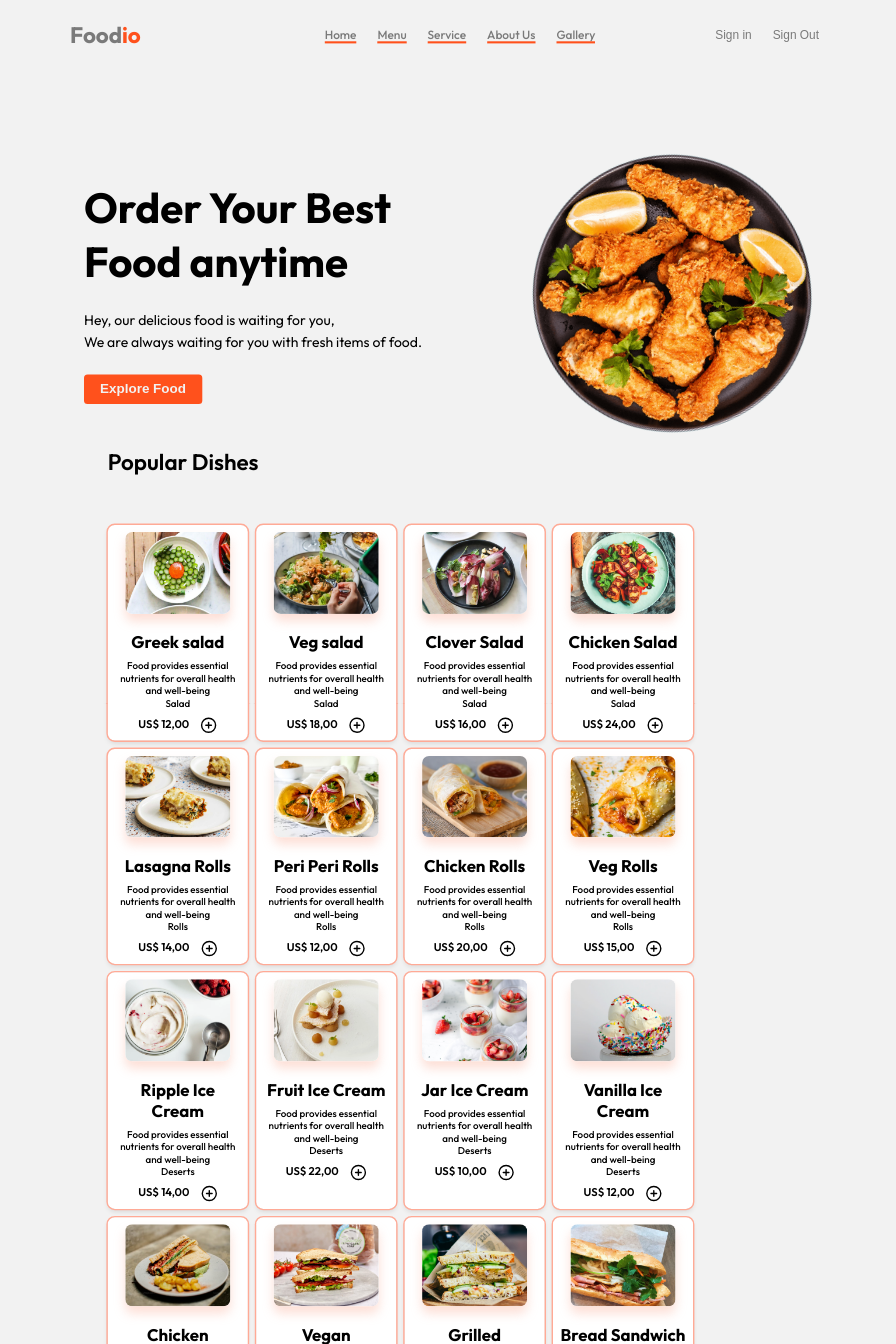
Repository: guilhermecardoso93/foodio
Page: /
These files come from the project's save history. The page is drawn as it stood at one moment and after the next save; the edit follows.
The browser window is 1280 px wide. The pictures show the part of the page from y = 0 to 1920 px (the page is 3465 px tall before and 3385 px after), at 70% of full size.
The project was rebuilt for these pictures with package versions that can differ from the ones it lists, and the page was loaded fresh each time. Also part of the build but not shown: vite.config.js, src/index.css.

Above is the page before, as saved 2024-11-05 20:26:02.

### index.html
<!doctype html>
<html lang="en">

<head>
    <meta charset="UTF-8" />
    <link rel="icon" type="image/svg+xml" href="/" />
    <link rel="preconnect" href="https://fonts.googleapis.com">
    <link rel="preconnect" href="https://fonts.gstatic.com" crossorigin>
    <link href="https://fonts.googleapis.com/css2?family=Inter:ital,opsz,wght@0,14..32,100..900;1,14..32,100..900&family=Outfit:wght@100..900&display=swap" rel="stylesheet">
    <meta name="viewport" content="width=device-width, initial-scale=1.0" />
    <title>Foodio</title>
</head>

<body>
    <div id="root"></div>
    <script type="module" src="/src/main.jsx"></script>
</body>

</html>

### src/main.jsx
import { StrictMode } from "react";
import { createRoot } from "react-dom/client";
import { App } from "./App.jsx";

import "./index.css";
createRoot(document.getElementById("root")).render(
  <StrictMode>
    <App />
  </StrictMode>
);

### src/App.jsx
import "./App.css";
import { Main } from "./components/Main";
import { Menu } from "./components/Menu";

export function App() {
  return (
    <>
      <Menu />
      <Main />
    </>
  );
}

### src/App.css
*, ::after, ::before {
  margin: 0;
  padding: 0;
  box-sizing: border-box;
}

body {
  margin: 0 100px;
  background-color: #f2f2f2;
  font-family: "Outfit", serif;
}

### src/components/Main/index.jsx
import imagem1 from "../../assets/images/image1.png";
import imagem5 from "../../assets/images/image5.png";
import { food_list } from "../../assets/assets";
import { CardItem } from "../CardItem";

import "./styles.css";

export function Main() {
  return (
    <main>
      <section className="grid">
        <div className="content">
          <div className="content-left">
            <div className="info">
              <h2>
                Order Your Best
                <br />
                Food anytime
              </h2>
              <p>
                Hey, our delicious food is waiting for you, <br /> We are always
                waiting for you with fresh items of food.
              </p>
            </div>
            <button>Explore Food</button>
          </div>
          <div className="content-right">
            <img src={imagem1} alt="" />
            <img src={imagem5} alt="" />
            <img src={imagem1} alt="" />{" "}
          </div>
        </div>
      </section>
      <section className="category">
        <div className="list-items">
          <h3>Popular Dishes</h3>
          <div className="card-list">
            {food_list.map((item, index) => {
              return (
                <CardItem
                  image={item.image}
                  name={item.name}
                  price={item.price}
                  description={item.description}
                  category={item.category}
                  key={index}
                />
              );
            })}
          </div>
        </div>
      </section>
    </main>
  );
}

### src/components/Menu/index.jsx
import "./styles.css";

export function Menu() {
  function toggleMenu() {}

  return (
    <div className="navbar">
      <div className="navbar-logo">
        <h1>
          Food<b>io</b>
        </h1>
      </div>
      <div className="hamburguer" onClick={toggleMenu()}>
        <span className="bar"></span>
        <span className="bar"></span>
        <span className="bar"></span>
      </div>
      <ul className="navbar-link">
        <li className="active">
          <a href="/">Home</a>
        </li>
        <li className="active">
          <a href="/">Menu</a>
        </li>
        <li className="active">
          <a href="/">Service</a>
        </li>
        <li className="active">
          <a href="/">About Us</a>
        </li>
        <li className="active">
          <a href="/">Gallery</a>
        </li>
      </ul>
      <div className="auth-buttons">
        <input type="submit" className="sign" value="Sign in" name="signin" />
        <input type="submit" className="sign" value="Sign Out" name="signout" />
      </div>
    </div>
  );
}

### src/assets/assets.js

import food_1 from './food/food_1.png'
import food_2 from './food/food_2.png'
import food_3 from './food/food_3.png'
import food_4 from './food/food_4.png'
import food_5 from './food/food_5.png'
import food_6 from './food/food_6.png'
import food_7 from './food/food_7.png'
import food_8 from './food/food_8.png'
import food_9 from './food/food_9.png'
import food_10 from './food/food_10.png'
import food_11 from './food/food_11.png'
import food_12 from './food/food_12.png'
import food_13 from './food/food_13.png'
import food_14 from './food/food_14.png'
import food_15 from './food/food_15.png'
import food_16 from './food/food_16.png'
import food_17 from './food/food_17.png'
import food_18 from './food/food_18.png'
import food_19 from './food/food_19.png'
import food_20 from './food/food_20.png'
import food_21 from './food/food_21.png'
import food_22 from './food/food_22.png'
import food_23 from './food/food_23.png'
import food_24 from './food/food_24.png'
import food_25 from './food/food_25.png'
import food_26 from './food/food_26.png'
import food_27 from './food/food_27.png'
import food_28 from './food/food_28.png'
import food_29 from './food/food_29.png'
import food_30 from './food/food_30.png'
import food_31 from './food/food_31.png'
import food_32 from './food/food_32.png'


export const food_list = [
    {
        _id: "1",
        name: "Greek salad",
        image: food_1,
        price: 12,
        description: "Food provides essential nutrients for overall health and well-being",
        category: "Salad"
    },
    {
        _id: "2",
        name: "Veg salad",
        image: food_2,
        price: 18,
        description: "Food provides essential nutrients for overall health and well-being",
        category: "Salad"
    }, {
        _id: "3",
        name: "Clover Salad",
        image: food_3,
        price: 16,
        description: "Food provides essential nutrients for overall health and well-being",
        category: "Salad"
    }, {
        _id: "4",
        name: "Chicken Salad",
        image: food_4,
        price: 24,
        description: "Food provides essential nutrients for overall health and well-being",
        category: "Salad"
    }, {
        _id: "5",
        name: "Lasagna Rolls",
        image: food_5,
        price: 14,
        description: "Food provides essential nutrients for overall health and well-being",
        category: "Rolls"
    }, {
        _id: "6",
        name: "Peri Peri Rolls",
        image: food_6,
        price: 12,
        description: "Food provides essential nutrients for overall health and well-being",
        category: "Rolls"
    }, {
        _id: "7",
        name: "Chicken Rolls",
        image: food_7,
        price: 20,
        description: "Food provides essential nutrients for overall health and well-being",
        category: "Rolls"
    }, {
        _id: "8",
        name: "Veg Rolls",
        image: food_8,
        price: 15,
        description: "Food provides essential nutrients for overall health and well-being",
        category: "Rolls"
    }, {
        _id: "9",
        name: "Ripple Ice Cream",
        image: food_9,
        price: 14,
        description: "Food provides essential nutrients for overall health and well-being",
        category: "Deserts"
    }, {
        _id: "10",
        name: "Fruit Ice Cream",
        image: food_10,
        price: 22,
        description: "Food provides essential nutrients for overall health and well-being",
        category: "Deserts"
    }, {
        _id: "11",
        name: "Jar Ice Cream",
        image: food_11,
        price: 10,
        description: "Food provides essential nutrients for overall health and well-being",
        category: "Deserts"
    }, {
        _id: "12",
        name: "Vanilla Ice Cream",
        image: food_12,
        price: 12,
        description: "Food provides essential nutrients for overall health and well-being",
        category: "Deserts"
    },
    {
        _id: "13",
        name: "Chicken Sandwich",
        image: food_13,
        price: 12,
        description: "Food provides essential nutrients for overall health and well-being",
        category: "Sandwich"
    },
    {
        _id: "14",
        name: "Vegan Sandwich",
        image: food_14,
        price: 18,
        description: "Food provides essential nutrients for overall health and well-being",
        category: "Sandwich"
    }, {
        _id: "15",
        name: "Grilled Sandwich",
        image: food_15,
        price: 16,
        description: "Food provides essential nutrients for overall health and well-being",
        category: "Sandwich"
    }, {
        _id: "16",
        name: "Bread Sandwich",
        image: food_16,
        price: 24,
        description: "Food provides essential nutrients for overall health and well-being",
        category: "Sandwich"
    }, {
        _id: "17",
        name: "Cup Cake",
        image: food_17,
        price: 14,
        description: "Food provides essential nutrients for overall health and well-being",
        category: "Cake"
    }, {
        _id: "18",
        name: "Vegan Cake",
        image: food_18,
        price: 12,
        description: "Food provides essential nutrients for overall health and well-being",
        category: "Cake"
    }, {
        _id: "19",
        name: "Butterscotch Cake",
        image: food_19,
        price: 20,
        description: "Food provides essential nutrients for overall health and well-being",
        category: "Cake"
    }, {
        _id: "20",
        name: "Sliced Cake",
        image: food_20,
        price: 15,
        description: "Food provides essential nutrients for overall health and well-being",
        category: "Cake"
    }, {
        _id: "21",
        name: "Garlic Mushroom ",
        image: food_21,
        price: 14,
        description: "Food provides essential nutrients for overall health and well-being",
        category: "Pure Veg"
    }, {
        _id: "22",
        name: "Fried Cauliflower",
        image: food_22,
        price: 22,
        description: "Food provides essential nutrients for overall health and well-being",
        category: "Pure Veg"
    }, {
        _id: "23",
        name: "Mix Veg Pulao",
        image: food_23,
        price: 10,
        description: "Food provides essential nutrients for overall health and well-being",
        category: "Pure Veg"
    }, {
        _id: "24",
        name: "Rice Zucchini",
        image: food_24,
        price: 12,
        description: "Food provides essential nutrients for overall health and well-being",
        category: "Pure Veg"
    },
    {
        _id: "25",
        name: "Cheese Pasta",
        image: food_25,
        price: 12,
        description: "Food provides essential nutrients for overall health and well-being",
        category: "Pasta"
    },
    {
        _id: "26",
        name: "Tomato Pasta",
        image: food_26,
        price: 18,
        description: "Food provides essential nutrients for overall health and well-being",
        category: "Pasta"
    }, {
        _id: "27",
        name: "Creamy Pasta",
        image: food_27,
        price: 16,
        description: "Food provides essential nutrients for overall health and well-being",
        category: "Pasta"
    }, {
        _id: "28",
        name: "Chicken Pasta",
        image: food_28,
        price: 24,
        description: "Food provides essential nutrients for overall health and well-being",
        category: "Pasta"
    }, {
        _id: "29",
        name: "Buttter Noodles",
        image: food_29,
        price: 14,
        description: "Food provides essential nutrients for overall health and well-being",
        category: "Noodles"
    }, {
        _id: "30",
        name: "Veg Noodles",
        image: food_30,
        price: 12,
        description: "Food provides essential nutrients for overall health and well-being",
        category: "Noodles"
    }, {
        _id: "31",
        name: "Somen Noodles",
        image: food_31,
        price: 20,
        description: "Food provides essential nutrients for overall health and well-being",
        category: "Noodles"
    }, {
        _id: "32",
        name: "Cooked Noodles",
        image: food_32,
        price: 15,
        description: "Food provides essential nutrients for overall health and well-being",
        category: "Noodles"
    }
]

### src/components/CardItem/index.jsx
import { PlusCircle, PlusCircleIcon } from "lucide-react";
import "./styles.css";

export function CardItem({ image, name, price, description, category }) {
  function formatarPreco(valor) {
    return new Intl.NumberFormat("pt-BR", {
      style: "currency",
      currency: "USD",
    }).format(valor);
  }

  return (
    <div className="card">
      <img src={image} alt="" />
      <div className="title">
        <h1>{name}</h1>
      </div>
      <div className="desc-food">
        <p>{description}</p>
        <p>{category}</p>
      </div>
      <div className="price">
        <span>{formatarPreco(price)}</span>
        <PlusCircle />
      </div>
    </div>
  );
}

### src/components/Main/styles.css
.content {
  display: grid;
  grid-template-columns: 50% auto;
  margin-top: 100px;
  gap: 30px;
  align-items: center;
  justify-content: space-between;
  width: 100%;
}

.content-left {
  display: block;
  width: 100%;
}

.content-left .info {
  max-width: 100%;
  display: flex;
  flex-direction: column;
}

.content-left .info h2 {
  font-size: 60px;
  margin-bottom: 30px;
}

.content-left .info p {
  font-size: 20px;
  line-height: 2pc;
  margin-bottom: 30px;
}

.content-left button {
  padding: 10px 23px;
  background-color: #ff511c;
  color: #f2f2f2;
  border-radius: 5px;
  border: none;
  cursor: pointer;
  font-weight: 600;
  font-size: 1.2rem;
  margin-bottom: 5px;
}

.content-left button:hover {
  color: #ff511c;
  background-color: #f2f2f2;
  border: solid 2px #ff511c;
  padding: 8px 21px;
}

.grid {
  width: 100%;
  max-width: 1200px;
  margin: 0 auto;
  padding: 20px;
}

.content-right {
  position: relative;
  height: 400px;
  width: 400px;
  display: flex;
  justify-content: center;
  align-items: center;
}

.content-right img {
  position: absolute;
  width: 100%;
  height: 100%;
  object-fit: cover;
  opacity: 0;
  animation: imageSwitch 15s infinite, rotate 3s linear infinite;
  transform-origin: center center;
}

.content-right img:nth-child(1) {
  animation-delay: 0s;
}

.content-right img:nth-child(2) {
  animation-delay: 5s;
}

.content-right img:nth-child(3) {
  animation-delay: 10s;
}

@keyframes rotate {
  from {
    transform: rotate(0deg);
  }

  to {
    transform: rotate(360deg);
  }
}

@keyframes imageSwitch {
  0%, 33% {
    opacity: 1;
  }

  34%, 100% {
    opacity: 0;
  }
}

.category {
  width: 100%;
  display: flex;
  margin-bottom: 50px;
  justify-content: center;
}

.category .list-items {
  width: 90%;
  position: relative;
  position: relative;
}

.category .list-items h3 {
  font-size: 2rem;
  font-weight: 600;
  margin-bottom: 70px;
}

.category .list-items .card-list {
  display: flex;
  flex-wrap: wrap;
  gap: 12px;
}

### src/components/Menu/styles.css
.navbar {
  width: 100%;
  display: flex;
  justify-content: space-between;
  align-items: center;
  padding: 30px 0;
}

.navbar-logo {
  font-weight: 600;
  color: rgb(122, 122, 122);
}

.navbar-logo b {
  color: #ff511c;
}

.navbar-link {
  display: flex;
  list-style: none;
}

.navbar-link li {
  margin-right: 30px;
}

.navbar-link li a {
  text-decoration: none;
  color: rgb(122, 122, 122);
  font-weight: 500;
  font-size: 17px;
}

.navbar-link li a:hover {
  color: #ff511c;
}

.navbar-link .active::after {
  content: "";
  width: 100%;
  height: 3px;
  background-color: #ff511c;
  display: flex;
  position: relative;
  margin-top: 3x;
}

.auth-buttons {
  display: flex;
  align-items: center;
  gap: 10px;
}

input {
  padding: 10px;
  cursor: pointer;
  font-weight: 600;
}

.sign {
  background: transparent;
  border: none;
  color: rgb(122, 122, 122);
  font-weight: 500;
  font-size: 17px;
  text-decoration: none;
}

.sign:hover {
  background-color: #ff511c;
  border-radius: 10px;
  color: black;
}

### src/components/CardItem/styles.css
.card {
  width: 200px;
  min-height: 250px;
  /* Define uma altura mínima para o cartão */
  display: flex;
  flex-direction: column;
  align-items: center;
  padding: 10px;
  border-radius: 10px;
  position: relative;
  background-color: #ffffff;
  outline: 2px solid #ffaa96;
  box-shadow: 0 4px 8px rgba(0, 0, 0, 0.1);
}

.card img {
  width: 100%;
  max-width: 150px;
  height: auto;
  border-radius: 10px;
  object-fit: cover;
  object-position: center;
  background-repeat: no-repeat;
  box-shadow: 0 10px 15px rgba(250, 173, 150, 0.4);
  /* Ajusta a sombra */
  margin-bottom: 15px;
  /* Espaço entre a imagem e o conteúdo abaixo */
}

.card .title {
  padding: 10px 0 10px;
}

.card .title h1 {
  text-align: center;
  font-weight: bold;
  font-size: 1.5rem;
}

.desc-food p {
  font-size: 14px;
  text-align: center;
  font-weight: 500;
}

.price {
  display: flex;
  margin-top: 10px;
  justify-content: space-between;
  align-self: center;
  font-weight: 600;
  gap: 1rem;
}

.card-content {
  text-align: center;
  /* Centraliza o conteúdo */
  padding: 5px;
}

After the next save:
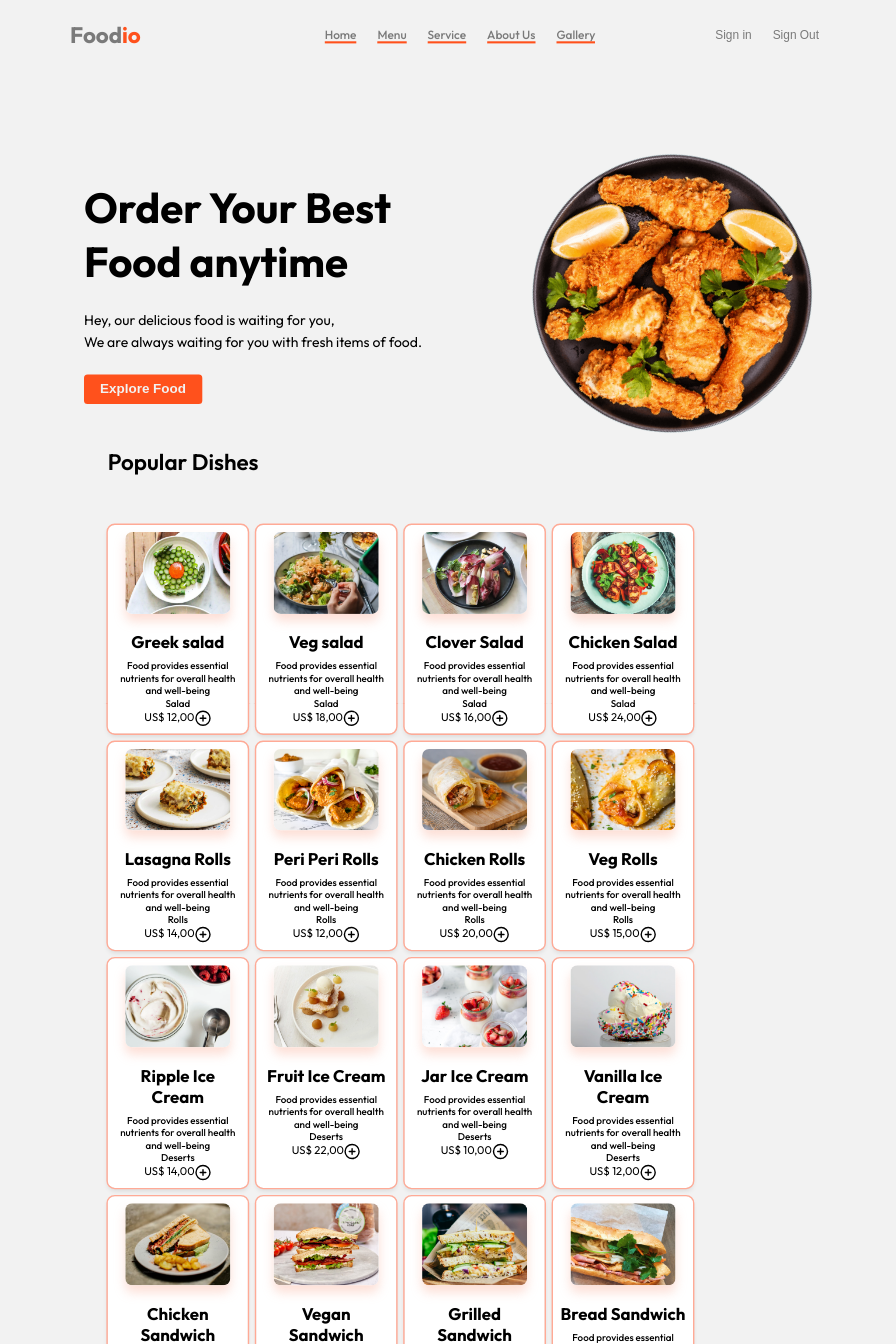
Saved 7 s later.
--- a/src/components/CardItem/styles.css
+++ b/src/components/CardItem/styles.css
@@ -45,11 +45,7 @@
 
 .price {
   display: flex;
-  margin-top: 10px;
-  justify-content: space-between;
-  align-self: center;
-  font-weight: 600;
-  gap: 1rem;
+
 }
 
 .card-content {

After the save that followed:
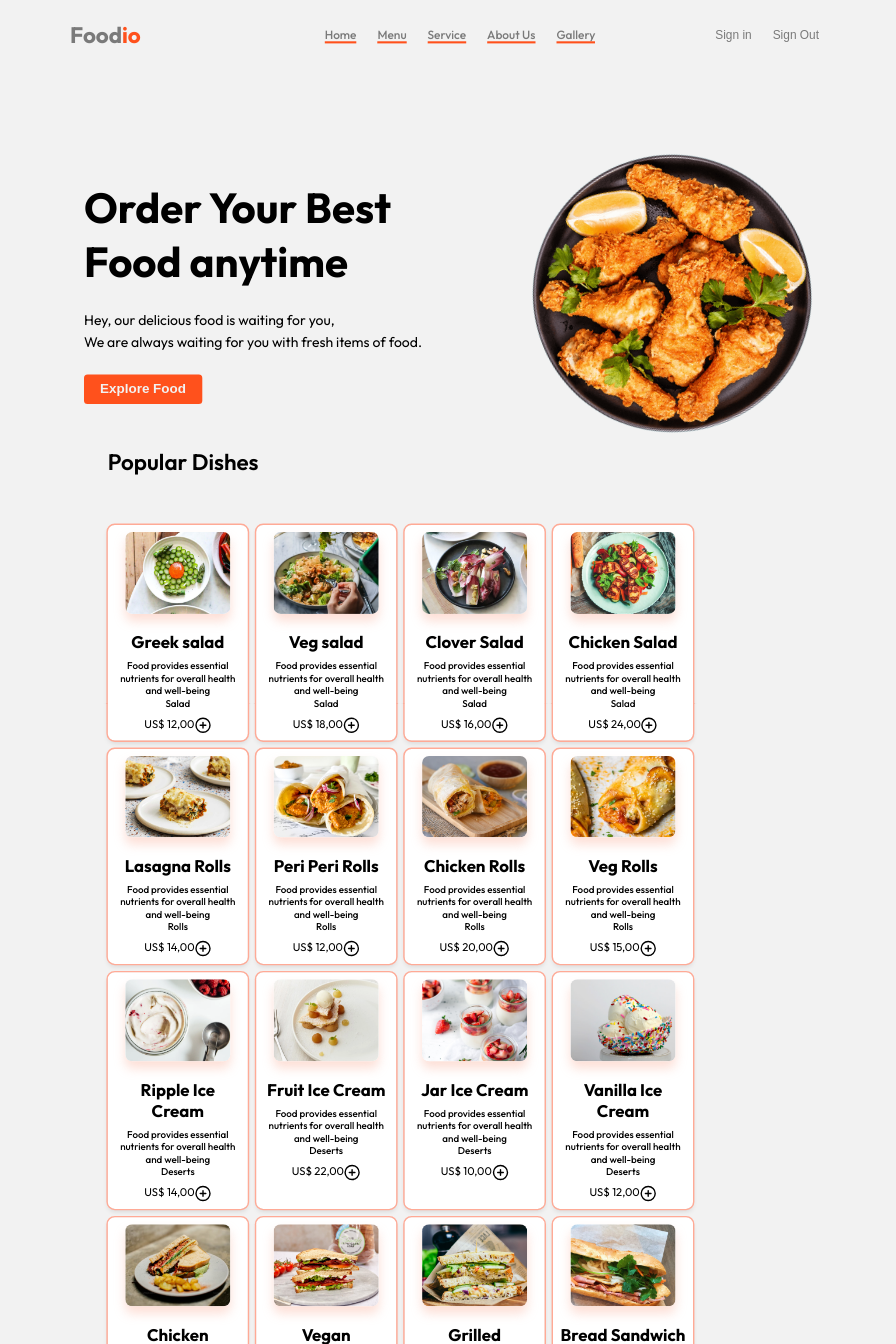
Saved 9 s later.
--- a/src/components/CardItem/styles.css
+++ b/src/components/CardItem/styles.css
@@ -45,7 +45,7 @@
 
 .price {
   display: flex;
-
+  margin-top: 10px;
 }
 
 .card-content {
